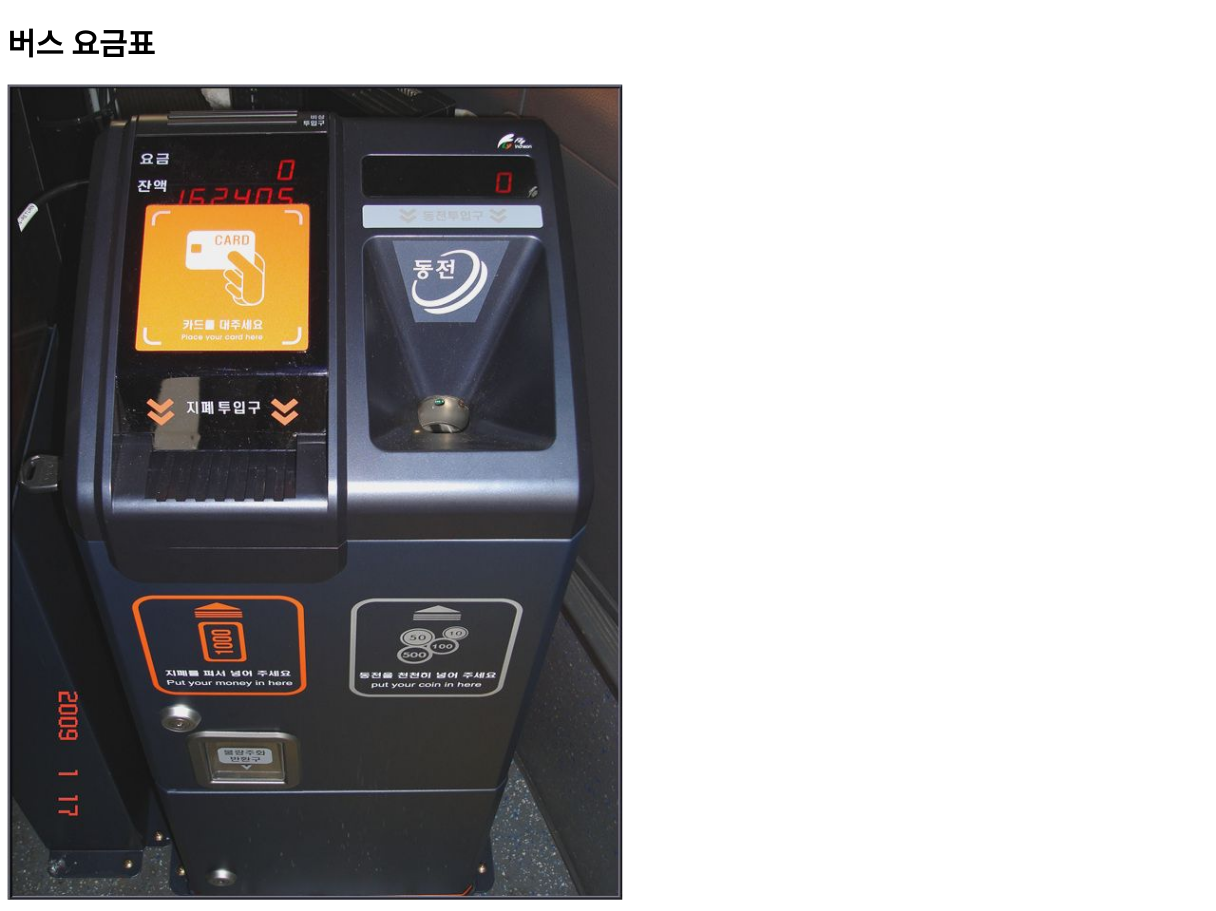
Repository: eun-chongzzz/jsp_practice
Page: http://localhost/JSPBasic/jspObject/4.objecttest/bus_form.jsp
These files come from the project's save history. The page is drawn as it stood at one moment and after the next save; the edit follows.
The browser window is 1280 px wide. The pictures show the whole page, at 95% of full size.
The page is served by Tomcat 9.

Above is the page before, as saved 2022-02-07 05:19:11.

### JSPBasic/src/main/webapp/jspObject/4.objecttest/bus_form.jsp
<%@ page language="java" contentType="text/html; charset=UTF-8"
    pageEncoding="UTF-8"%>
<!DOCTYPE html>
<html>
<head>
<meta charset="UTF-8">
<title>Insert title here</title>
</head>
<body>
	<h1>버스 요금표</h1>
	<img src="repository/요금기.jpg">
</body>
</html>

After the next save:
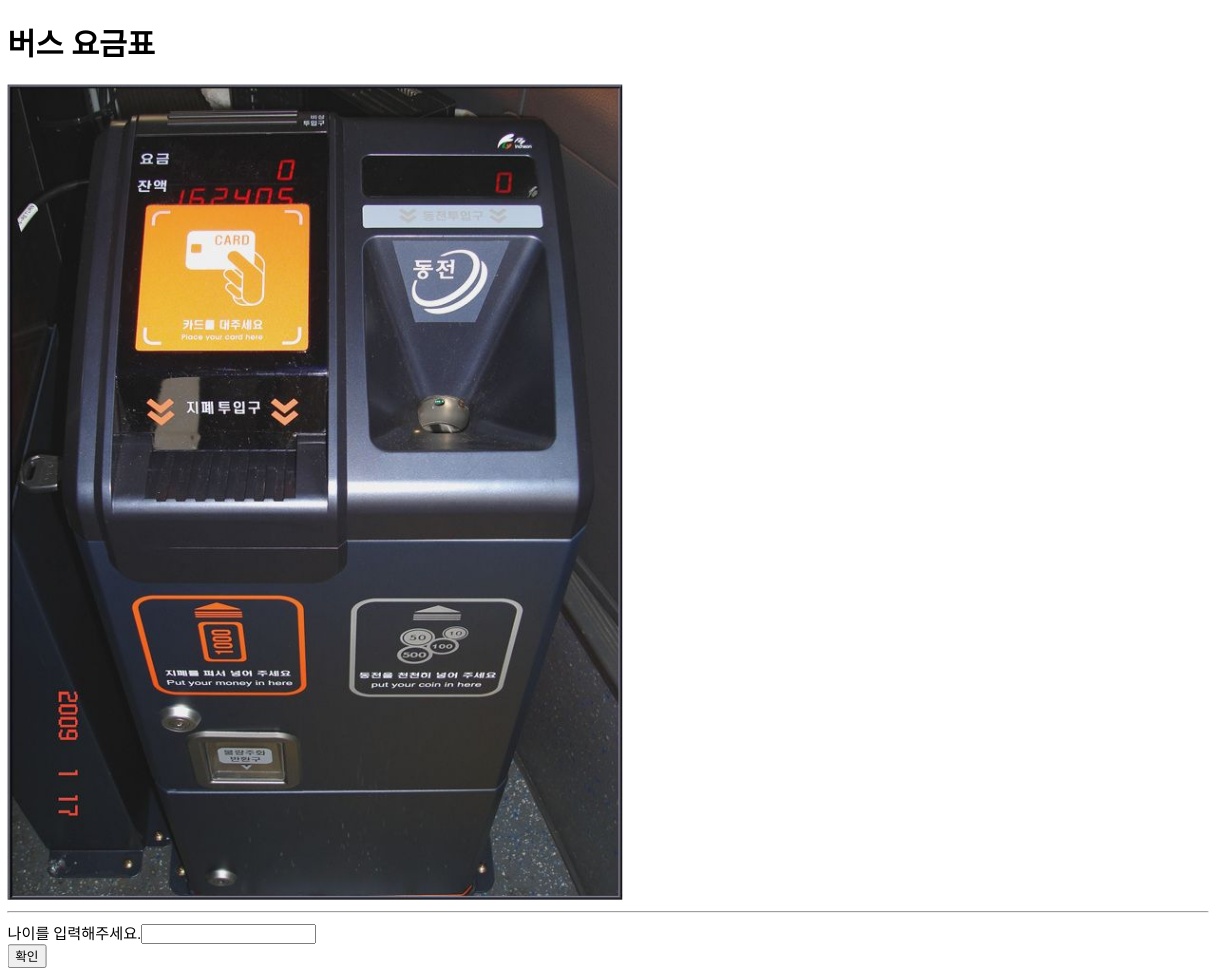
Saved 3 min 16 s later.
--- a/JSPBasic/src/main/webapp/jspObject/4.objecttest/bus_form.jsp
+++ b/JSPBasic/src/main/webapp/jspObject/4.objecttest/bus_form.jsp
@@ -9,5 +9,10 @@
 <body>
 	<h1>버스 요금표</h1>
 	<img src="repository/요금기.jpg">
+	<hr>
+	<form action="res_check.jsp" method="get">
+		나이를 입력해주세요.<input type="number" name="age"><br/>
+		<input type="submit" value="확인"/><br/>
+	</form>
 </body>
 </html>
